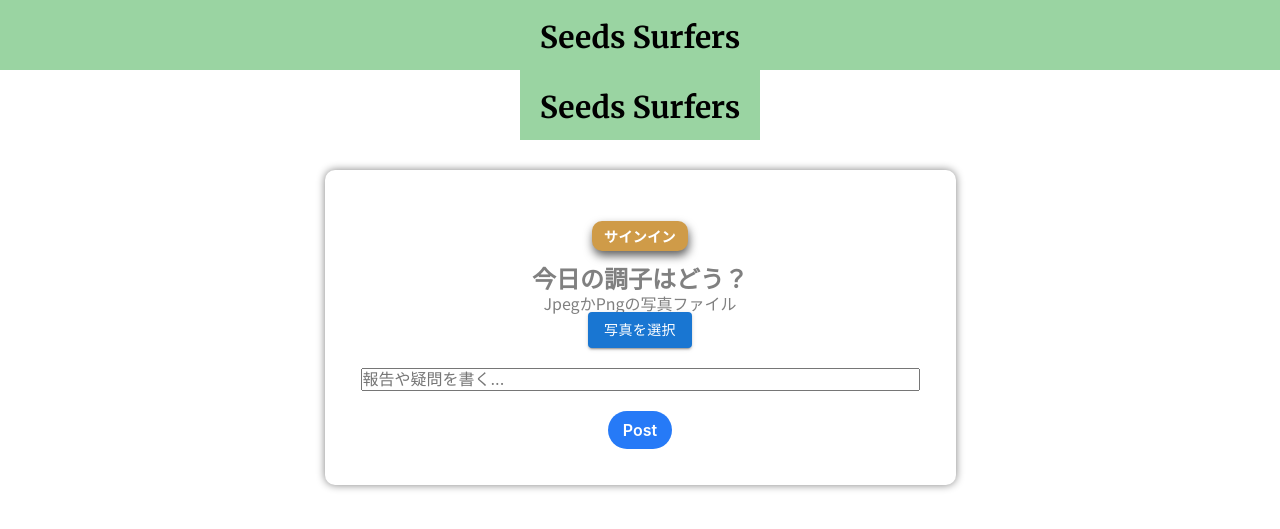
Repository: Seiya00002/seeds_surfers_react_sns
Page: /
The author's editor kept a copy of each file at every save. The page is drawn from the files as they stood at one save, then again after the next save.
The browser window is 1280 px wide. The pictures show the whole page.
The page's requests for data from a server got no answer. The project was rebuilt for these pictures with package versions that can differ from the ones it lists, and the page was loaded fresh each time. No one was signed in, and anything a server would have sent is missing. Also part of the build but not shown: src/Components/Post.css, src/Components/Post.tsx.

Above is the page before, as saved 2023-08-24 16:24:44.

After the next save:
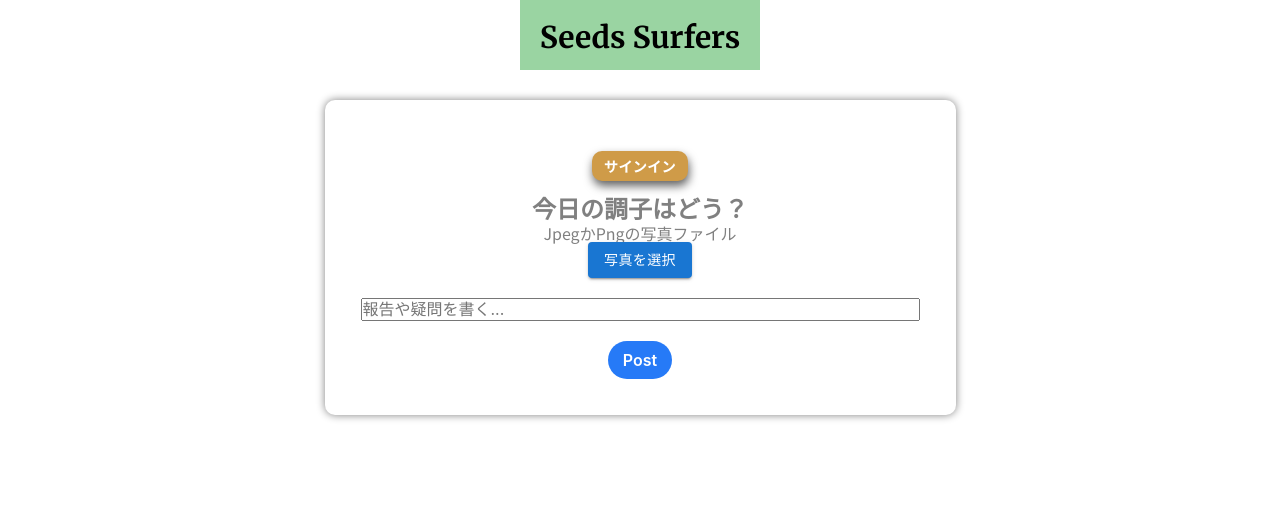
Saved 13 s later.
--- a/src/index.tsx
+++ b/src/index.tsx
@@ -3,14 +3,12 @@ import ReactDOM from 'react-dom/client';
 import './index.css';
 import reportWebVitals from './reportWebVitals';
 import App from './App';
-import Header from './Header';
 
 const root = ReactDOM.createRoot(
   document.getElementById('root') as HTMLElement
 );
 root.render(
   <React.StrictMode>
-    <Header />
     <App />
   </React.StrictMode>
 );
